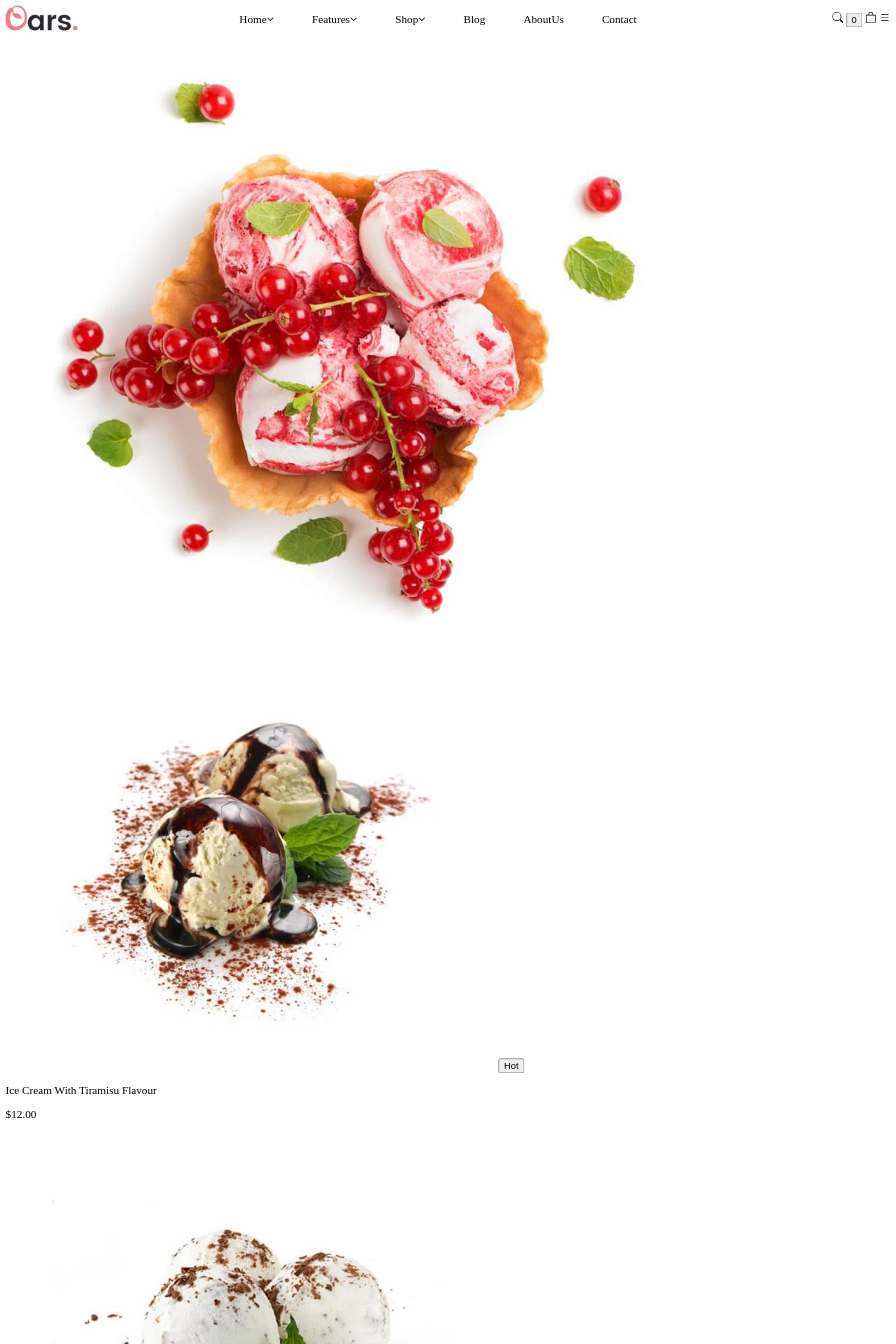
Repository: pradeepi2i/ice-cream
Page: icecream.html
The author's editor kept a copy of each file at every save. The page is drawn from the files as they stood at one save, then again after the next save.
The browser window is 1280 px wide. The pictures show the part of the page from y = 0 to 1920 px (the page is 8871 px tall before and 8919 px after), at 70% of full size.

Above is the page before, as saved 2022-11-16 13:04:37.

After the next save:
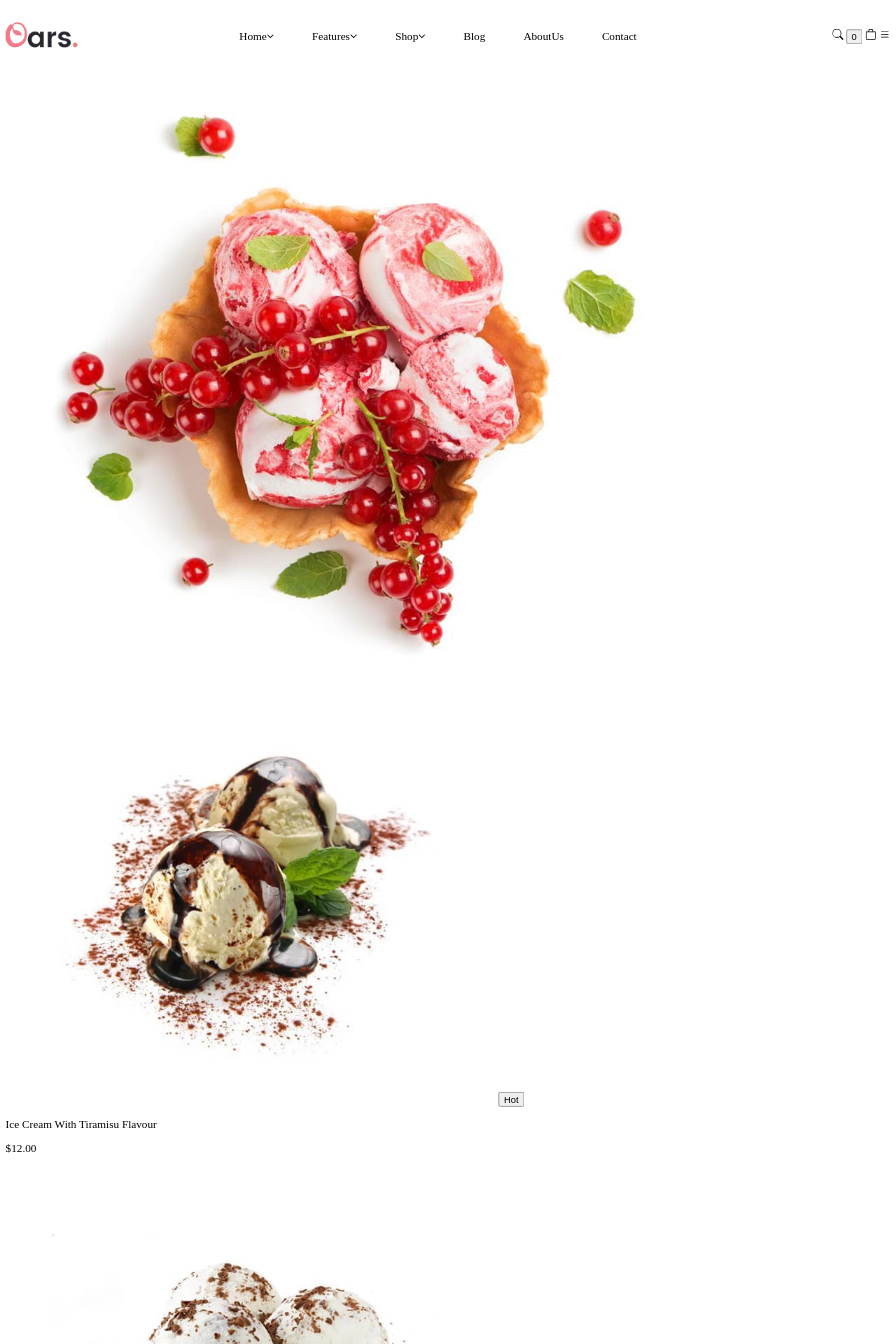
Saved 64 s later.
--- a/css/style.css
+++ b/css/style.css
@@ -2,11 +2,12 @@
     display: flex;
     justify-content: space-between;
     align-items: center;
+
 }
 .navbar-center {
     display: flex;
     justify-content: center;
-    padding: rem;
+    padding: 2rem;
 }
 .navigation {
     padding: .2rem;
